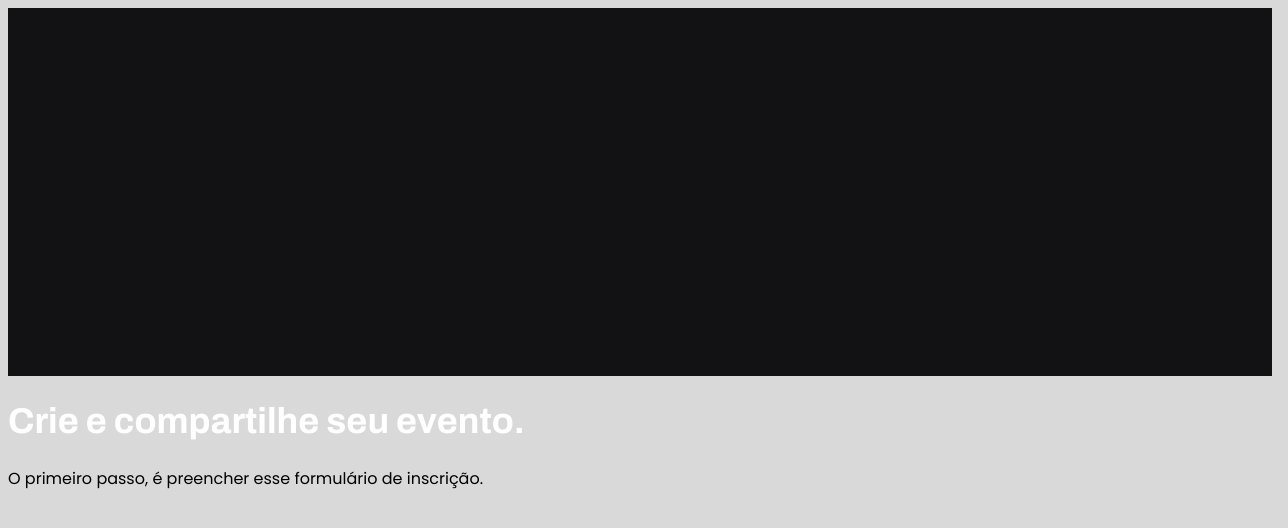
Repository: devMuriloOliveira/Formulario
Page: index.html
An editor plug-in stored every save of this project. The page is shown before and after the next save, followed by the edit.
The browser window is 1280 px wide. The page is 1280 px wide, then 1288 px, so the pictures cover 1288 px, including what lies to the right of the window. The pictures show the whole page.

Above is the page before, as saved 2023-10-30 19:32:45.

After the next save:
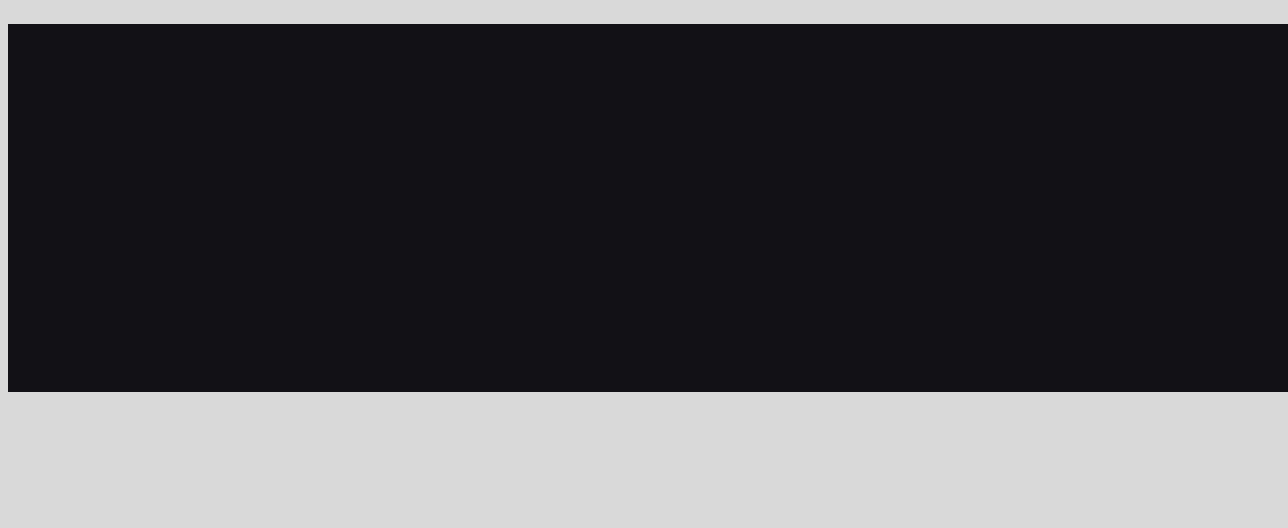
Saved 23 s later.
--- a/style.css
+++ b/style.css
@@ -17,6 +17,6 @@ body::before{
   width: 100%;
   height: 368px;
 
-  display: block;
+  position: absolute;
   background: #121214;
 }
